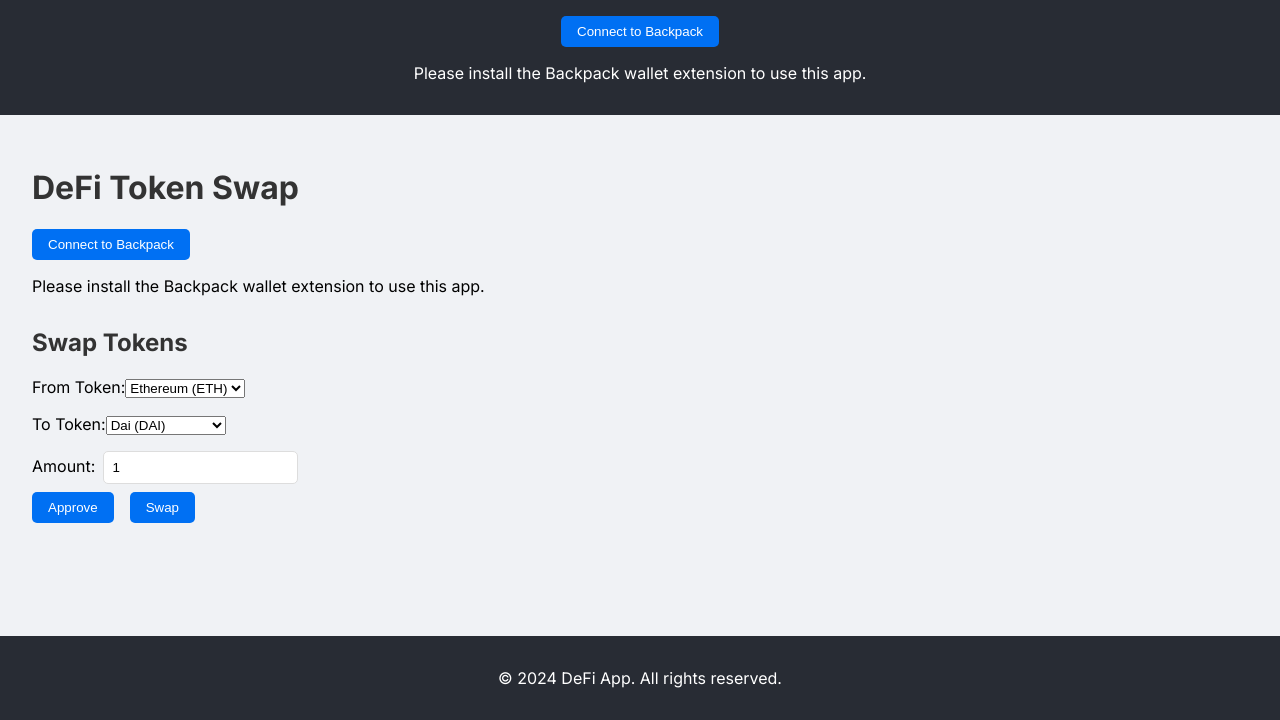
Repository: AllMightLegend/defi-token-swapping-app
Page: /
These files come from the project's save history. The page is drawn as it stood at one moment and after the next save; the edit follows.
The browser window is 1280 px wide. The pictures show the whole page.
The project was rebuilt for these pictures with package versions that can differ from the ones it lists, and the page was loaded fresh each time. Some packages were replaced by stand-ins written for this rebuild. The framework's server and built-in components were replaced by stand-ins that run in the browser. Also part of the build but not shown: next.config.mjs.

Above is the page before, as saved 2024-08-27 19:52:46.

### app/page.tsx
"use client"; // This ensures the component is treated as a client component
import React, { useState, useEffect } from 'react';
import { ethers } from 'ethers';
import WalletConnector from '../components/WalletConnector';
import { approveToken } from '../utils/approval';
import { executeSwap } from '../utils/swap';
import Layout from '../components/Layout';

const IndexPage: React.FC = () => {
  const [provider, setProvider] = useState<ethers.providers.Web3Provider | null>(null);
  const [walletAddress, setWalletAddress] = useState<string | null>(null);
  const [fromToken, setFromToken] = useState<string>('ETH');
  const [toToken, setToToken] = useState<string>('DAI');
  const [amount, setAmount] = useState<string>('1');
  const [swapResult, setSwapResult] = useState<string | null>(null);

  const handleSwap = async () => {
    if (!provider) {
      alert('Please connect your wallet first!');
      return;
    }

    try {
      const swapTx = await executeSwap(fromToken, toToken, amount, provider);
      setSwapResult(`Swap successful: ${swapTx.hash}`);
    } catch (error) {
      console.error('Swap failed:', error);
      setSwapResult('Swap failed.');
    }
  };

  const handleApprove = async () => {
    if (!provider) {
      alert('Please connect your wallet first!');
      return;
    }

    const spenderAddress = '0xYourSpenderAddress'; // Replace with actual spender address

    try {
      const approvalTx = await approveToken(fromToken, spenderAddress, amount, provider);
      alert(`Approval successful: ${approvalTx.hash}`);
    } catch (error) {
      console.error('Approval failed:', error);
      alert('Approval failed.');
    }
  };

  return (
    <Layout>
      <div style={{ padding: '2rem' }}>
        <h1>DeFi Token Swap</h1>
        <WalletConnector setWalletAddress={setWalletAddress} setProvider={setProvider} />

        <div style={{ marginTop: '2rem' }}>
          <h2>Swap Tokens</h2>
          <label>
            From Token:
            <select value={fromToken} onChange={(e) => setFromToken(e.target.value)}>
              <option value="ETH">Ethereum (ETH)</option>
              <option value="SOL">Solana (SOL)</option>
              <option value="BTC">Bitcoin (BTC)</option>
              <option value="DAI">Dai (DAI)</option>
            </select>
          </label>
          <label>
            To Token:
            <select value={toToken} onChange={(e) => setToToken(e.target.value)}>
              <option value="ETH">Ethereum (ETH)</option>
              <option value="SOL">Solana (SOL)</option>
              <option value="BTC">Bitcoin (BTC)</option>
              <option value="DAI">Dai (DAI)</option>
            </select>
          </label>
          <label>
            Amount:
            <input
              type="number"
              value={amount}
              onChange={(e) => setAmount(e.target.value)}
              style={{ marginLeft: '0.5rem' }}
            />
          </label>
          <div>
            <button onClick={handleApprove} style={{ marginRight: '1rem' }}>
              Approve
            </button>
            <button onClick={handleSwap}>Swap</button>
          </div>

          {swapResult && <p>{swapResult}</p>}
        </div>
      </div>
    </Layout>
  );
};

export default IndexPage;

### app/globals.css
/* styles/globals.css */

html,
body {
  padding: 0;
  margin: 0;
  font-family: -apple-system, BlinkMacSystemFont, 'Segoe UI', Roboto, Oxygen, Ubuntu, Cantarell, 'Open Sans', 'Helvetica Neue', sans-serif;
  background-color: #f0f2f5;
}

* {
  box-sizing: border-box;
}

h1, h2 {
  color: #333;
}

button {
  background-color: #0070f3;
  color: white;
  border: none;
  padding: 0.5rem 1rem;
  border-radius: 5px;
  cursor: pointer;
}

button:hover {
  background-color: #005bb5;
}

input {
  padding: 0.5rem;
  border: 1px solid #ddd;
  border-radius: 5px;
}

label {
  display: block;
  margin: 1rem 0 0.5rem;
}

### components/WalletConnector.tsx
import React, { useState, useEffect } from 'react';
import { Connection, PublicKey, clusterApiUrl } from '@solana/web3.js';

const WalletConnector: React.FC = () => {
  const [walletAddress, setWalletAddress] = useState<string | null>(null);
  const [isBackpackInstalled, setIsBackpackInstalled] = useState<boolean>(false);

  const checkBackpackWallet = () => {
    if (typeof window !== 'undefined') {
      const { backpack } = window as any;
      console.log('Backpack object:', backpack);
      if (backpack && backpack.solana) {
        setIsBackpackInstalled(true);
        return backpack.solana;
      }
    }
    setIsBackpackInstalled(false);
    return null;
  };

  const connectWallet = async () => {
    try {
      const solanaWallet = checkBackpackWallet();
      if (solanaWallet) {
        const response = await solanaWallet.connect();
        setWalletAddress(response.publicKey.toString());
        console.log('Connected to wallet:', response.publicKey.toString());

        // Optionally, establish a connection to the Solana network
        const connection = new Connection(clusterApiUrl('mainnet-beta'));
        console.log('Connected to Solana network');
      } else {
        alert('Backpack wallet is not installed or could not be detected.');
      }
    } catch (error) {
      console.error('Error connecting to Backpack wallet:', error);
    }
  };

  useEffect(() => {
    // Using a slight delay to ensure the wallet object is loaded
    const timeoutId = setTimeout(() => {
      checkBackpackWallet();
    }, 1000); // 1-second delay

    return () => clearTimeout(timeoutId);
  }, []);

  return (
    <div>
      <button onClick={connectWallet}>
        {walletAddress ? `Connected: ${walletAddress}` : 'Connect to Backpack'}
      </button>
      {!isBackpackInstalled && <p>Please install the Backpack wallet extension to use this app.</p>}
    </div>
  );
};

export default WalletConnector;

### utils/approval.ts
import { ethers } from 'ethers';

export const approveToken = async (
  tokenAddress: string,
  spenderAddress: string,
  amount: string,
  provider: ethers.providers.Web3Provider
) => {
  const ERC20_ABI = [
    'function approve(address spender, uint256 amount) public returns (bool)',
  ];

  const signer = provider.getSigner();
  const tokenContract = new ethers.Contract(tokenAddress, ERC20_ABI, signer);

  try {
    const tx = await tokenContract.approve(spenderAddress, ethers.utils.parseUnits(amount, 18));
    await tx.wait();
    return tx;
  } catch (error) {
    console.error('Token approval failed:', error);
    throw new Error('Token approval failed');
  }
};

### utils/swap.ts
import { ethers } from 'ethers';
import axios from 'axios';

const SWAP_API_URL = 'https://api.0x.org/swap/v1/quote';

export const executeSwap = async (fromToken: string, toToken: string, amount: string, provider: ethers.providers.Web3Provider) => {
  const walletAddress = await provider.getSigner().getAddress();

  try {
    const response = await axios.get(SWAP_API_URL, {
      params: {
        buyToken: toToken,
        sellToken: fromToken,
        sellAmount: ethers.utils.parseUnits(amount, 18).toString(),
        takerAddress: walletAddress,
      },
    });

    const { to, data, value } = response.data;

    const tx = {
      to,
      data,
      value: ethers.BigNumber.from(value).toHexString(),
      from: walletAddress,
    };

    const transactionResponse = await provider.getSigner().sendTransaction(tx);
    await transactionResponse.wait();

    return transactionResponse;
  } catch (error) {
    console.error('Swap failed:', error);
    throw new Error('Swap failed');
  }
};

### components/Layout.tsx
import React from 'react';
import Head from 'next/head';
import WalletConnector from './WalletConnector';

const Layout: React.FC = ({ children }) => {
  return (
    <div>
      <Head>
        <title>DeFi App</title>
        <meta name="description" content="A decentralized finance application" />
        <link rel="icon" href="/favicon.ico" />
      </Head>
      <header>
        <WalletConnector />
      </header>
      <main>
        {children}
      </main>
      <footer>
        <p>&copy; {new Date().getFullYear()} DeFi App. All rights reserved.</p>
      </footer>
      <style jsx>{`
        header {
          background-color: #282c34;
          padding: 1rem;
          color: white;
          text-align: center;
        }
        footer {
          background-color: #282c34;
          padding: 1rem;
          color: white;
          text-align: center;
          position: fixed;
          width: 100%;
          bottom: 0;
        }
      `}</style>
    </div>
  );
};

export default Layout;

Loaded but not shown: app/layout.tsx (common file)

After the next save:
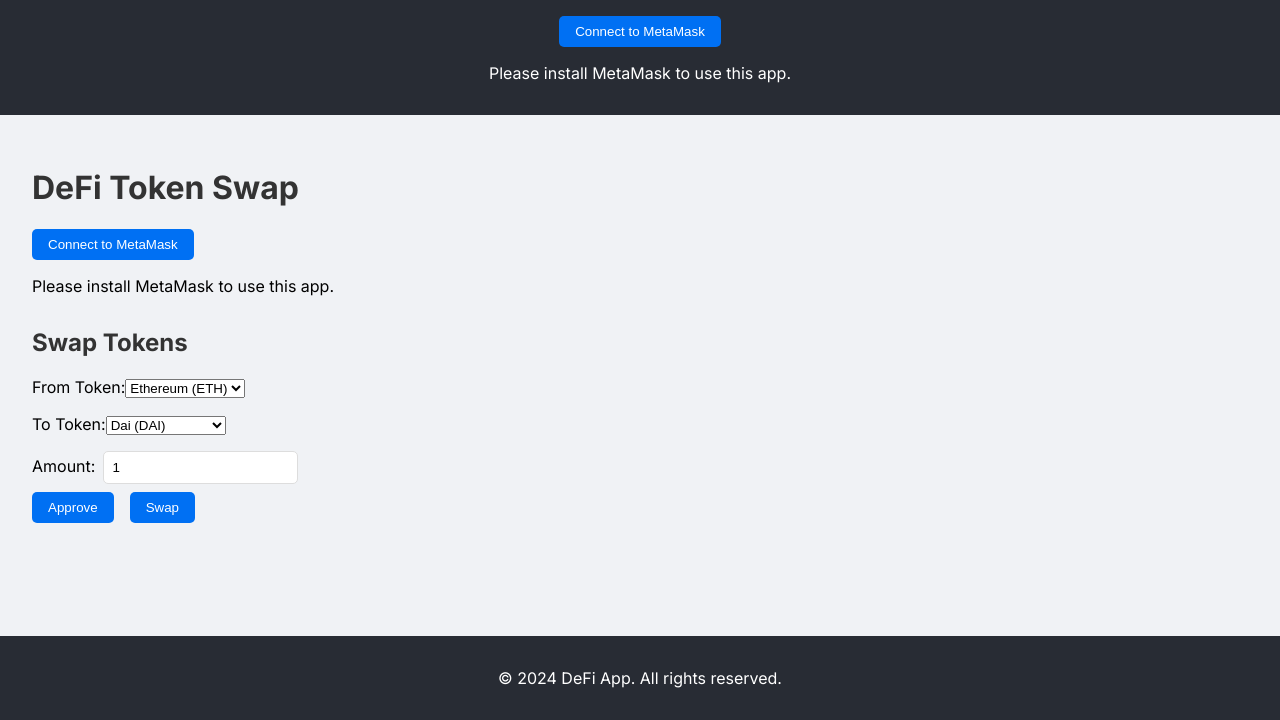
Saved 70 s later.
--- a/components/WalletConnector.tsx
+++ b/components/WalletConnector.tsx
@@ -1,57 +1,63 @@
 import React, { useState, useEffect } from 'react';
-import { Connection, PublicKey, clusterApiUrl } from '@solana/web3.js';
+import { ethers } from 'ethers';
 
 const WalletConnector: React.FC = () => {
   const [walletAddress, setWalletAddress] = useState<string | null>(null);
-  const [isBackpackInstalled, setIsBackpackInstalled] = useState<boolean>(false);
+  const [isMetaMaskInstalled, setIsMetaMaskInstalled] = useState<boolean>(false);
 
-  const checkBackpackWallet = () => {
-    if (typeof window !== 'undefined') {
-      const { backpack } = window as any;
-      console.log('Backpack object:', backpack);
-      if (backpack && backpack.solana) {
-        setIsBackpackInstalled(true);
-        return backpack.solana;
-      }
+  // Check if MetaMask is installed
+  const checkMetaMask = () => {
+    if (typeof window !== 'undefined' && (window as any).ethereum) {
+      setIsMetaMaskInstalled(true);
+    } else {
+      setIsMetaMaskInstalled(false);
     }
-    setIsBackpackInstalled(false);
-    return null;
   };
 
+  // Connect to MetaMask
   const connectWallet = async () => {
     try {
-      const solanaWallet = checkBackpackWallet();
-      if (solanaWallet) {
-        const response = await solanaWallet.connect();
-        setWalletAddress(response.publicKey.toString());
-        console.log('Connected to wallet:', response.publicKey.toString());
-
-        // Optionally, establish a connection to the Solana network
-        const connection = new Connection(clusterApiUrl('mainnet-beta'));
-        console.log('Connected to Solana network');
+      if (isMetaMaskInstalled) {
+        const provider = new ethers.providers.Web3Provider((window as any).ethereum);
+        await provider.send("eth_requestAccounts", []); // Request account access
+        const signer = provider.getSigner();
+        const address = await signer.getAddress();
+        setWalletAddress(address);
+        console.log('Connected to MetaMask:', address);
       } else {
-        alert('Backpack wallet is not installed or could not be detected.');
+        alert('MetaMask is not installed. Please install MetaMask to use this app.');
       }
     } catch (error) {
-      console.error('Error connecting to Backpack wallet:', error);
+      console.error('Error connecting to MetaMask:', error);
     }
   };
 
   useEffect(() => {
-    // Using a slight delay to ensure the wallet object is loaded
-    const timeoutId = setTimeout(() => {
-      checkBackpackWallet();
-    }, 1000); // 1-second delay
+    checkMetaMask();
 
-    return () => clearTimeout(timeoutId);
-  }, []);
+    // Listen for account changes
+    const { ethereum } = window as any;
+    if (ethereum) {
+      ethereum.on('accountsChanged', (accounts: string[]) => {
+        setWalletAddress(accounts[0] || null);
+      });
+    }
+
+    return () => {
+      if (ethereum) {
+        ethereum.removeListener('accountsChanged', (accounts: string[]) => {
+          setWalletAddress(accounts[0] || null);
+        });
+      }
+    };
+  }, [isMetaMaskInstalled]);
 
   return (
     <div>
       <button onClick={connectWallet}>
-        {walletAddress ? `Connected: ${walletAddress}` : 'Connect to Backpack'}
+        {walletAddress ? `Connected: ${walletAddress}` : 'Connect to MetaMask'}
       </button>
-      {!isBackpackInstalled && <p>Please install the Backpack wallet extension to use this app.</p>}
+      {!isMetaMaskInstalled && <p>Please install MetaMask to use this app.</p>}
     </div>
   );
 };
